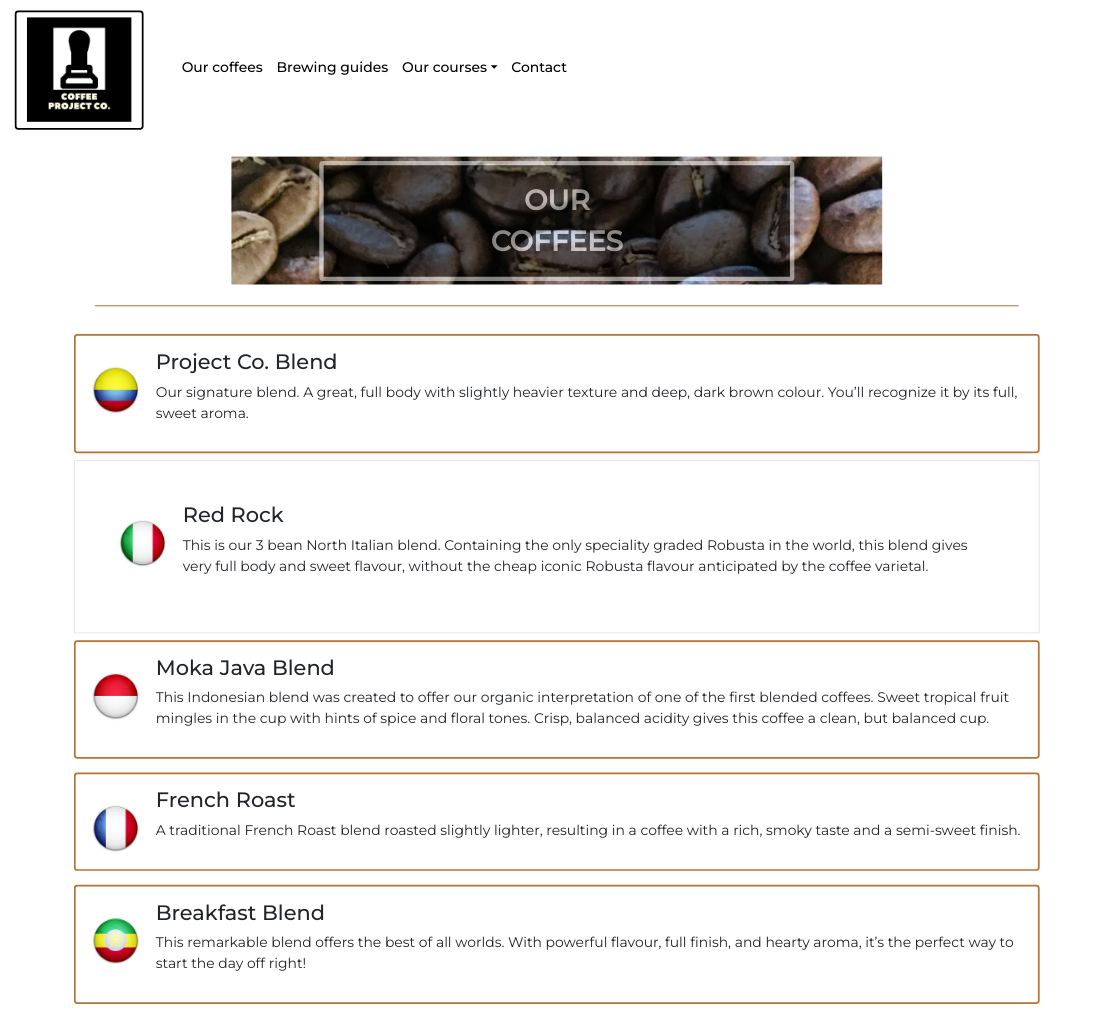
Repository: roxanahefferon/M1
Page: coffees-blends.html
The author's editor kept a record of every edit. The page is drawn from the files as they stood at one moment, then again after the next edit.
The browser window is 1280 px wide. The pictures show the whole page, at 87% of full size.
Some web libraries are served in a nearby version.

Above is the page before.

After the next edit:
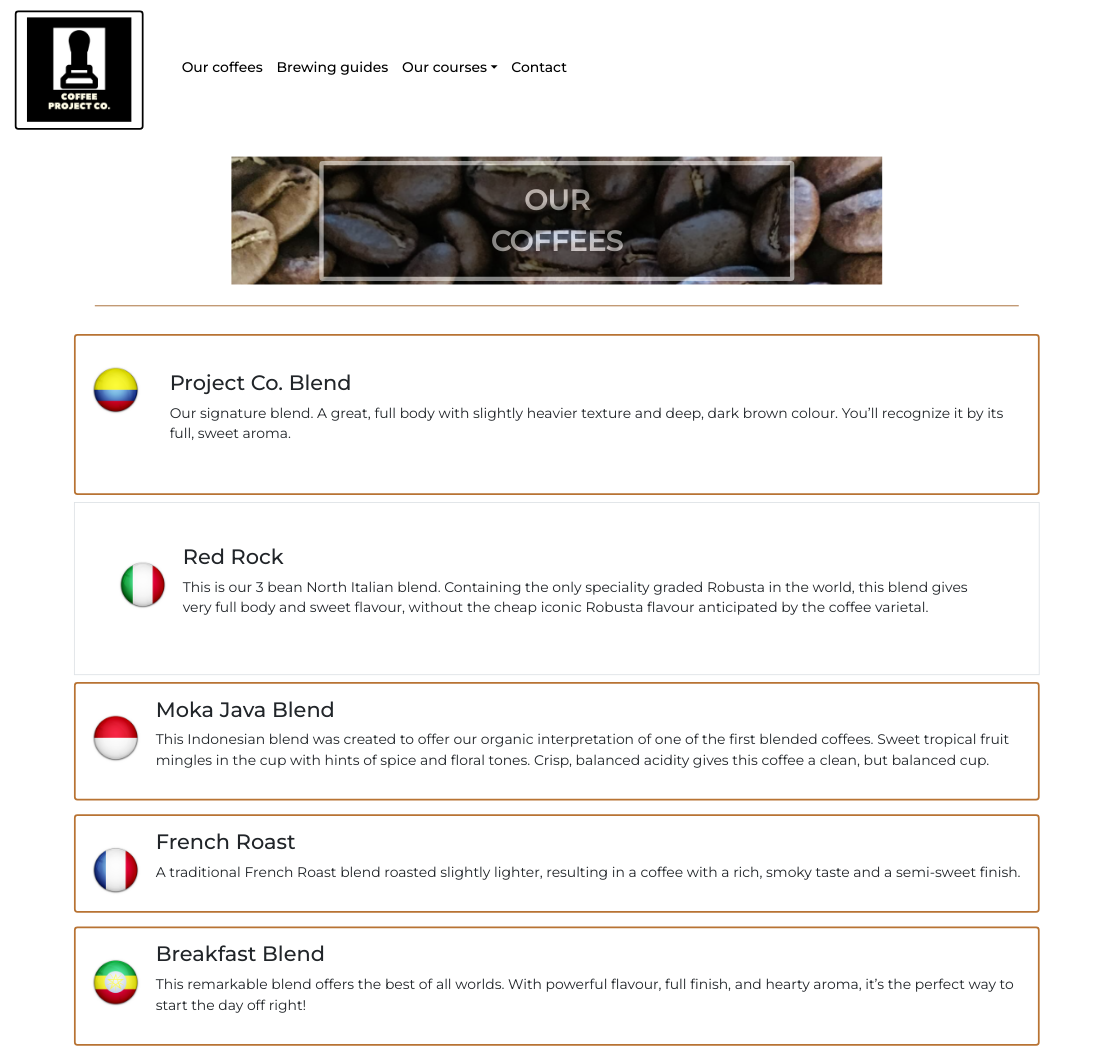
The edit:
--- a/coffees-blends.html
+++ b/coffees-blends.html
@@ -67,7 +67,7 @@
             <div class="col-12">
                 <div class="media my-border my-2 p-3">
                     <img src="./assets/images/colombia-icon.png" alt="colombia icon" class="mr-3 mt-3 rounded-circle" style="width:60px;">
-                    <div class="media-body">
+                    <div class="media-body my-2 p-3">
                         <h4>Project Co. Blend</h4>
                         <p>Our signature blend. A great, full body with slightly heavier texture and deep, dark brown colour. You’ll recognize it by its full, sweet aroma. </p>
                     </div>
